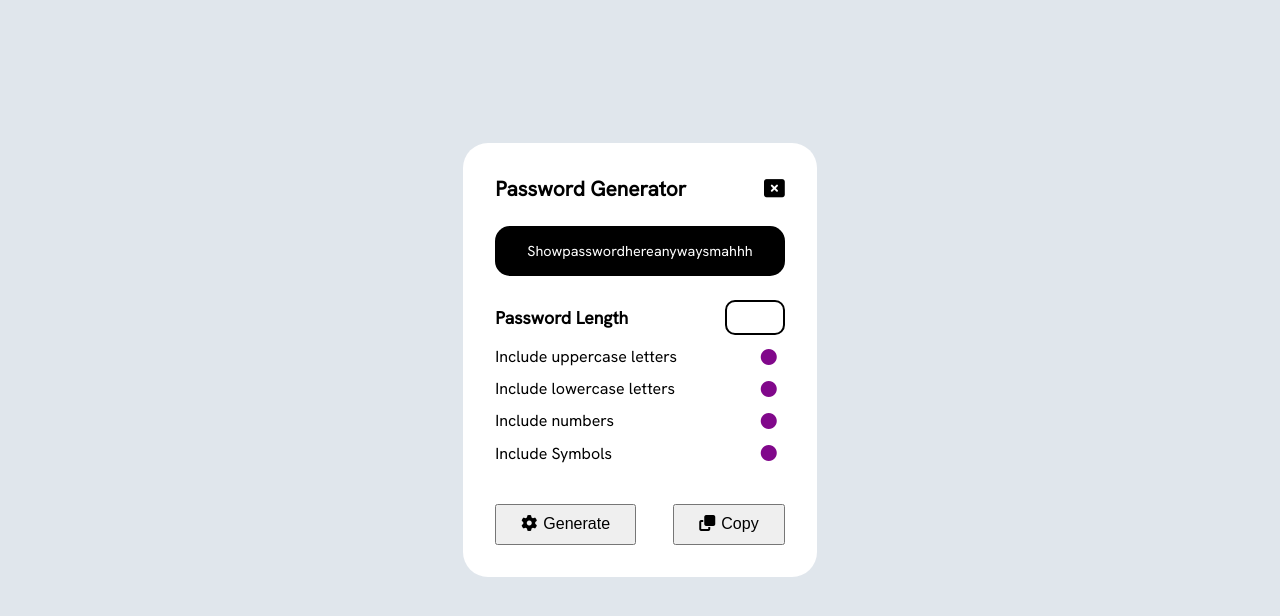
Repository: emiliaiwu/password_generator
Page: index.html
The author's editor kept a copy of each file at every save. The page is drawn from the files as they stood at one save, then again after a run of saves.
The browser window is 1280 px wide. The pictures show the whole page.
Some web libraries are served in a nearby version.

Above is the page before, as saved 2022-12-14 04:43:12.

After the next 4 saves:
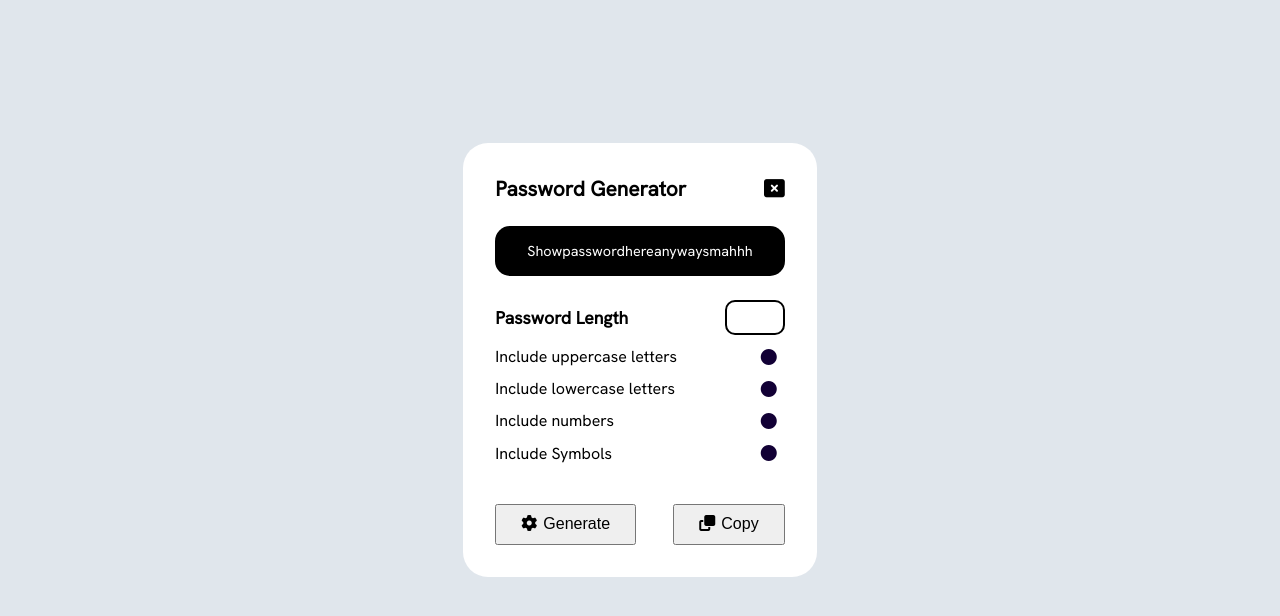
The 4 saves are shown as one change because they came seconds apart.
The last was saved 89 s later.
--- a/style.css
+++ b/style.css
@@ -109,7 +109,7 @@ label {
 }
 
 .fa-circle {
-    color: rgb(129, 8, 139);
+    color: #120035;
 }
 
 .fa-circle-check{
